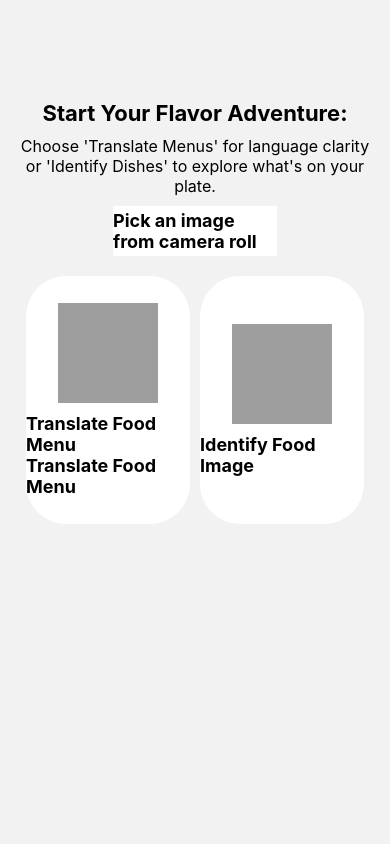
Repository: djdjdallas/taste-without-borders
Screen: /Home
An editor plug-in stored every save of this project. The screen is shown before and after the next save, followed by the edit.
Pictures or frames that could not be fetched are drawn as grey boxes. The app was drawn by React Native's web renderer in a window 390 px wide. The project was rebuilt for these pictures with package versions that can differ from the ones it lists, and the page was loaded fresh each time.

Above is the screen before, as saved 2023-12-26 20:29:15.

### App.js
import React from "react";
import { NavigationContainer } from "@react-navigation/native";
import { createNativeStackNavigator } from "@react-navigation/native-stack";
import HomeScreen from "./HomeScreen"; // Make sure the path is correct
import StartScreen from "./StartScreen";

const Stack = createNativeStackNavigator();

const App = () => {
  return (
    <NavigationContainer>
      <Stack.Navigator>
        <Stack.Screen name="Start" component={StartScreen} />
        <Stack.Screen name="Home" component={HomeScreen} />
        {/* You can add more screens to your navigator here */}
      </Stack.Navigator>
    </NavigationContainer>
  );
};

export default App;

### HomeScreen.js
import React, { useLayoutEffect, useState } from "react";
import {
  StyleSheet,
  View,
  Button,
  Image,
  Alert,
  Text,
  TouchableOpacity,
} from "react-native";
import * as ImagePicker from "expo-image-picker";
import { useNavigation } from "@react-navigation/native";
const iconForAnalyzeImage = {
  uri: "https://i.ibb.co/Y84cDxp/food1.png",
};
const iconForAnalyzeFoodImage = {
  uri: "https://i.ibb.co/VWjgcK5/food2.png",
};

const HomeScreen = () => {
  const navigation = useNavigation();
  const [selectedImage, setSelectedImage] = useState(null);
  const [responseText, setResponseText] = useState("");

  const pickImage = async () => {
    const { status } = await ImagePicker.requestMediaLibraryPermissionsAsync();
    if (status !== "granted") {
      Alert.alert(
        "Permissions required",
        "Sorry, we need camera roll permissions to make this work!"
      );
      return;
    }

    let result = await ImagePicker.launchImageLibraryAsync({
      mediaTypes: ImagePicker.MediaTypeOptions.Images,
      allowsEditing: true,
      aspect: [4, 3],
      quality: 1,
      base64: true,
    });

    if (!result.canceled && result.assets && result.assets[0].base64) {
      setSelectedImage(result.assets[0].base64);
    }
  };

  const handleResponse = (responseText) => {
    const dishes = responseText.split("\n");
    const formattedResponse = dishes.join("\n\n");
    setResponseText(formattedResponse);
  };

  const analyzeImage = async () => {
    if (selectedImage) {
      const apiKey = "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"; // Replace with your actual API key
      const endpoint = "https://api.openai.com/v1/chat/completions"; // Replace with your actual API endpoint

      const payload = {
        model: "gpt-4-vision-preview", // Replace with your model name
        messages: [
          {
            role: "user",
            content: [
              {
                type: "text",
                text: "Analyze this image and translate it into English?",
              },
              {
                type: "image_url",
                image_url: {
                  url: `data:[embedded picture, 41 characters]
                },
              },
            ],
          },
        ],
        max_tokens: 300,
      };

      try {
        const response = await fetch(endpoint, {
          method: "POST",
          headers: {
            "Content-Type": "application/json",
            Authorization: `Bearer ${apiKey}`,
          },
          body: JSON.stringify(payload),
        });

        if (!response.ok) {
          throw new Error(`HTTP error! status: ${response.status}`);
        }

        const data = await response.json();
        if (data.choices && data.choices[0]) {
          handleResponse(data.choices[0].message.content);
        } else {
          setResponseText("Unexpected response structure");
        }
      } catch (error) {
        setResponseText(`Error: ${error.message}`);
      }
    } else {
      setResponseText("No image selected");
    }
  };

  const analyzeFoodImage = async () => {
    if (selectedImage) {
      const apiKey = "YOUR_API_KEY"; // Replace with your actual API key
      const endpoint = "YOUR_API_ENDPOINT"; // Replace with your actual API endpoint

      const payload = {
        model: "YOUR_MODEL_NAME", // Replace with your model name
        messages: [
          {
            role: "user",
            content: [
              {
                type: "text",
                text: "Analyze this food image and describe it with humor.",
              },
              {
                type: "image_url",
                image_url: {
                  url: `data:[embedded picture, 41 characters]
                },
              },
            ],
          },
        ],
        max_tokens: 300,
      };

      try {
        const response = await fetch(endpoint, {
          method: "POST",
          headers: {
            "Content-Type": "application/json",
            Authorization: `Bearer ${apiKey}`,
          },
          body: JSON.stringify(payload),
        });

        if (!response.ok) {
          throw new Error(`HTTP error! status: ${response.status}`);
        }

        const data = await response.json();
        if (data.choices && data.choices[0]) {
          handleResponse(data.choices[0].message.content);
        } else {
          setResponseText("Unexpected response structure");
        }
      } catch (error) {
        setResponseText(`Error: ${error.message}`);
      }
    } else {
      setResponseText("No image selected");
    }
  };
  useLayoutEffect(() => {
    navigation.setOptions({
      headerShown: false,
    });
  }, []);

  return (
    <View style={styles.container}>
      <View style={styles.textContainer}>
        <Text style={styles.titleText}>Start Your Flavor Adventure:</Text>
        <Text style={styles.descriptionText}>
          Choose 'Translate Menus' for language clarity or 'Identify Dishes' to
          explore what's on your plate.
        </Text>
      </View>

      <TouchableOpacity style={styles.pickButton} onPress={pickImage}>
        <Text style={styles.buttonText}>Pick an image from camera roll</Text>
      </TouchableOpacity>

      {selectedImage && (
        <Image
          source={{ uri: `data:[embedded picture, 40 characters] }}
          style={styles.image}
        />
      )}

      <View style={styles.buttonGroup}>
        <TouchableOpacity style={styles.button} onPress={analyzeImage}>
          <Image source={iconForAnalyzeImage} style={styles.icon} />
          <Text style={styles.buttonText}>Translate Food Menu</Text>
          <Text style={styles.buttonText}>Translate Food Menu</Text>
        </TouchableOpacity>

        <TouchableOpacity style={styles.button} onPress={analyzeFoodImage}>
          <Image source={iconForAnalyzeFoodImage} style={styles.icon} />
          <Text style={styles.buttonText}>Identify Food Image</Text>
        </TouchableOpacity>
      </View>

      {responseText ? (
        <Text style={styles.responseText}>{responseText}</Text>
      ) : null}
    </View>
  );
};

const styles = StyleSheet.create({
  container: {
    flex: 1,
    justifyContent: "flex-start",
    alignItems: "center",
    padding: 20,
    backgroundColor: "#F2F2F2",
  },
  textContainer: {
    alignItems: "left",
    marginTop: 80,
  },
  titleText: {
    fontSize: 22,
    fontWeight: "bold",
    textAlign: "center",
  },
  descriptionText: {
    fontSize: 16,
    textAlign: "center",
    marginVertical: 10,
  },
  buttonGroup: {
    flex: 1,
    flexDirection: "row",
    marginTop: 20,
    gap: 10,
  },
  button: {
    width: 164,
    height: 248,
    justifyContent: "center",
    alignItems: "center",
    // Assuming you want to set the width to 80% of the screen width
    alignItems: "center",
    backgroundColor: "white",
    borderRadius: 40,
  },
  pickButton: {
    width: 164,
    height: 50,
    justifyContent: "center",
    alignItems: "center",
    // Assuming you want to set the width to 80% of the screen width
    alignItems: "center",
    backgroundColor: "white",
  },
  buttonText: {
    fontSize: 18,
    color: "#000000",
    fontWeight: "bold",
  },
  icon: {
    width: 100, // Set the icon size you want
    height: 100, // Set the icon size you want
    marginBottom: 10, // Space between icon and text
  },
  image: {
    width: 200,
    height: 200,
    margin: 10,
  },
  responseText: {
    marginTop: 20,
    padding: 10,
    borderWidth: 1,
    borderColor: "#ddd",
    borderRadius: 5,
  },
});

export default HomeScreen;

### StartScreen.js
import {
  View,
  Text,
  Image,
  TouchableOpacity,
  ImageBackground,
  StyleSheet,
} from "react-native";
import React, { useLayoutEffect } from "react";
import { useNavigation } from "@react-navigation/native";

const image = { uri: "https://i.ibb.co/RQYb1f7/i-Phone-11-Pro-Max-1.png" };
const hero = { uri: "https://i.ibb.co/zQtzrR4/hero-2.png" };

const StartScreen = () => {
  const navigation = useNavigation();

  useLayoutEffect(() => {
    navigation.setOptions({
      headerShown: false,
    });
  }, []);
  return (
    <View style={styles.container}>
      <ImageBackground source={hero} resizeMode="cover" style={styles.image}>
        <TouchableOpacity
          style={styles.button}
          onPress={() => {
            navigation.navigate("Home");
            /* Handle the press event */
          }}
        >
          <Text style={styles.text}>Get Started</Text>
        </TouchableOpacity>
      </ImageBackground>
    </View>
  );
};

const styles = StyleSheet.create({
  container: {
    flex: 1,
  },
  image: {
    flex: 1,
    justifyContent: "flex-end", // Aligns children to the bottom
    alignItems: "center", // Centers children horizontally
  },
  text: {
    color: "#FA4A0C", // Given text color
    fontSize: 16, // Adjusted for typical button text
    fontWeight: "bold",
  },
  button: {
    width: 314, // Width as per your requirement
    height: 70, // Height as per your requirement
    justifyContent: "center", // Center the text vertically
    alignItems: "center", // Center the text horizontally
    backgroundColor: "white", // Button background color
    marginBottom: 80, // Distance from the bottom
    borderRadius: 50, // Distance from the bottom
  },
});

export default StartScreen;

After the next save:
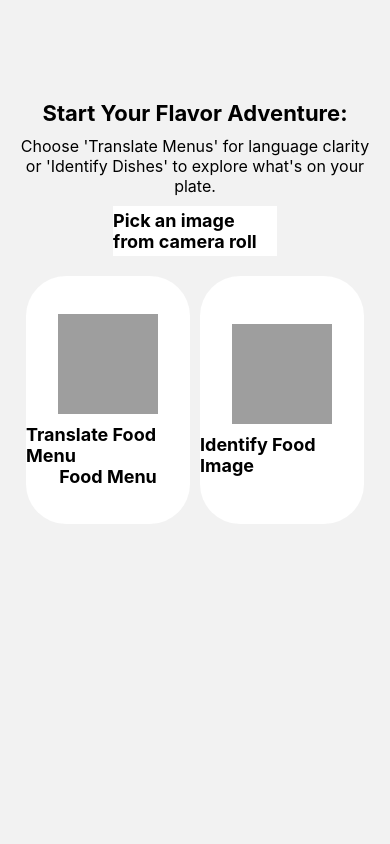
Saved 6 s later.
--- a/HomeScreen.js
+++ b/HomeScreen.js
@@ -191,7 +191,7 @@ const HomeScreen = () => {
         <TouchableOpacity style={styles.button} onPress={analyzeImage}>
           <Image source={iconForAnalyzeImage} style={styles.icon} />
           <Text style={styles.buttonText}>Translate Food Menu</Text>
-          <Text style={styles.buttonText}>Translate Food Menu</Text>
+          <Text style={styles.buttonText}>Food Menu</Text>
         </TouchableOpacity>
 
         <TouchableOpacity style={styles.button} onPress={analyzeFoodImage}>
